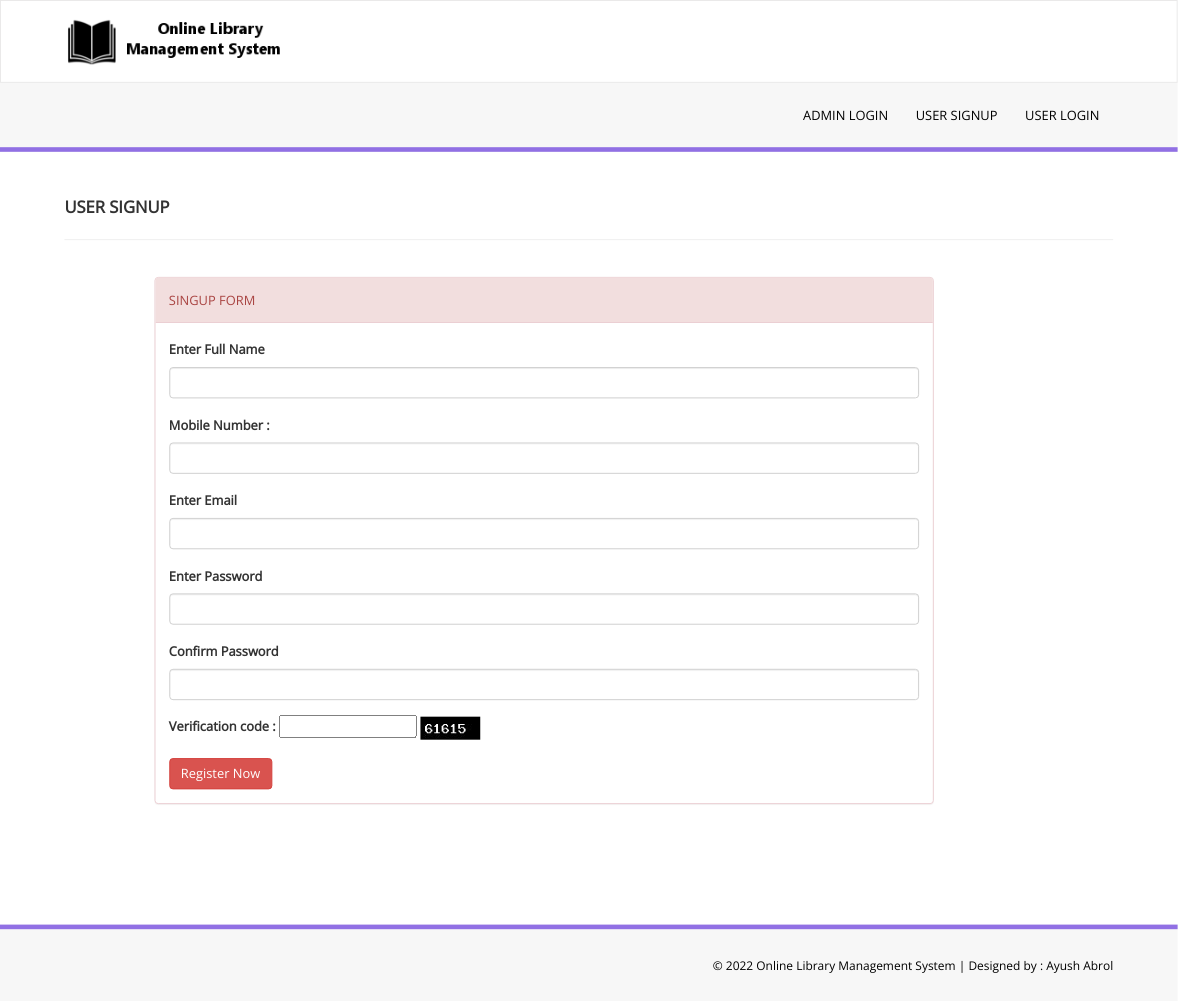
Repository: ayushabrol13/Online-Library-Management-System
Page: http://localhost/signup.php
The author's editor kept a copy of each file at every save. The page is drawn from the files as they stood at one save, then again after a run of saves.
The browser window is 1280 px wide. The pictures show the whole page, at 92% of full size.
The page is run by PHP 8.4 with error messages shown; the project is at /var/www/html/.

Above is the page before, as saved 2022-11-29 12:14:47.
Console error: TypeError: $(...).dataTable is not a function

After the next 2 saves:
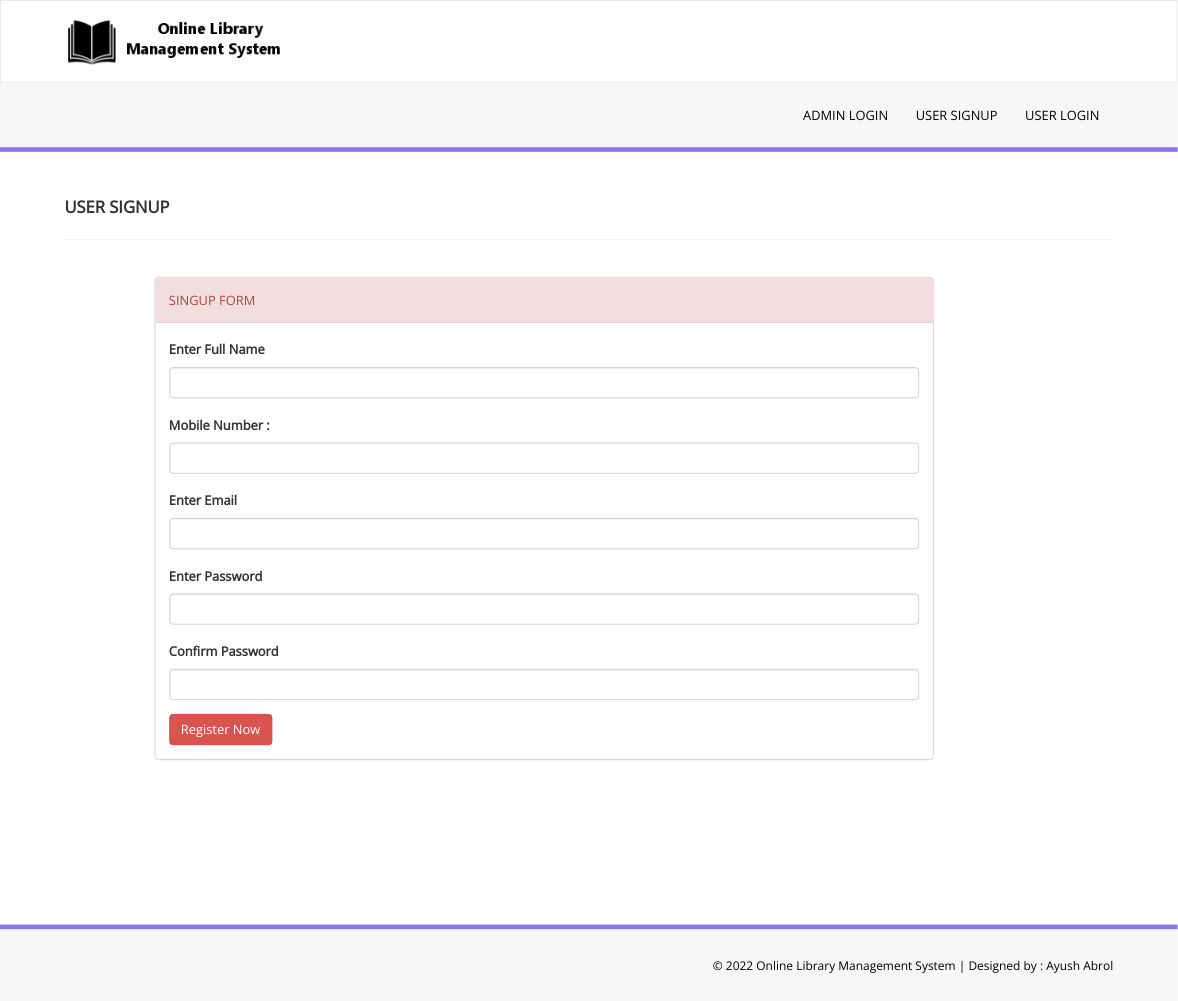
The 2 saves are shown as one change because they came seconds apart.
The last was saved 25 s later.
--- a/library/signup.php
+++ b/library/signup.php
@@ -141,10 +141,12 @@ error:function (){}
 <label>Confirm Password </label>
 <input class="form-control"  type="password" name="confirmpassword" autocomplete="off" required  />
 </div>
- <div class="form-group">
+
+ <!-- <div class="form-group">
 <label>Verification code : </label>
 <input type="text"  name="vercode" maxlength="5" autocomplete="off" required style="width: 150px; height: 25px;" />&nbsp;<img src="captcha.php">
 </div>
+                              -->
 <button type="submit" name="signup" class="btn btn-danger" id="submit">Register Now </button>
 
                                     </form>
